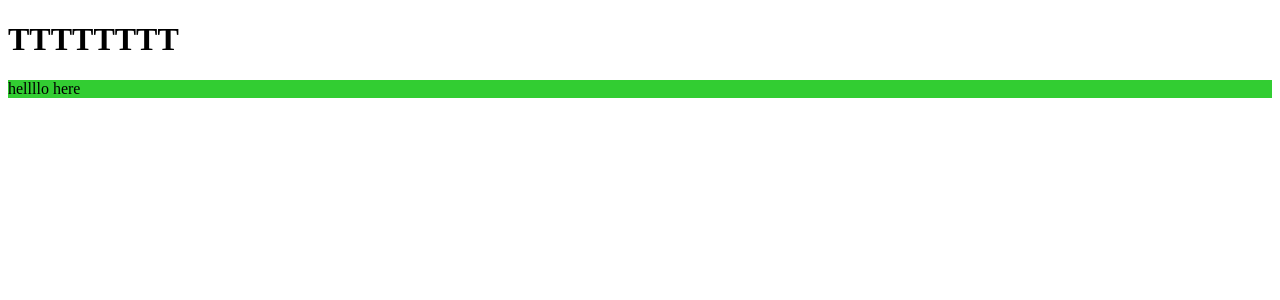
Repository: lixinso/html5
Page: workspace/CSS3/WebContent/selector/selector_empty.html
The author's editor kept a copy of each file at every save. The page is drawn from the files as they stood at one save, then again after the next save.
The browser window is 1280 px wide. The pictures show the whole page.

Above is the page before, as saved 2011-05-27 14:34:55.

### workspace/CSS3/WebContent/selector/selector_empty.html
<?xml version="1.0" encoding="UTF-8" ?>
<!DOCTYPE html PUBLIC "-//W3C//DTD XHTML 1.0 Transitional//EN" "http://www.w3.org/TR/xhtml1/DTD/xhtml1-transitional.dtd">
<html xmlns="http://www.w3.org/1999/xhtml">
<head>
<meta http-equiv="Content-Type" content="text/html; charset=UTF-8" />
<title>Insert title here</title>
<style type="text/css">

	body *:not(h1){
		background-color: limegreen
	}
</style>
</head>
<body>
	<h1>TTTTTTTT</h1>
	<p>hellllo here</p>
</body>
</html>

After the next save:
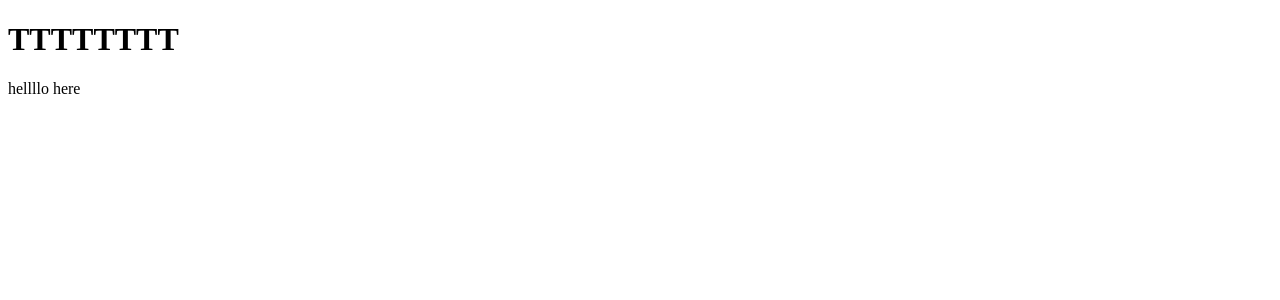
Saved 72 s later.
--- a/workspace/CSS3/WebContent/selector/selector_empty.html
+++ b/workspace/CSS3/WebContent/selector/selector_empty.html
@@ -6,9 +6,9 @@
 <title>Insert title here</title>
 <style type="text/css">
 
-	body *:not(h1){
-		background-color: limegreen
-	}
+:empty{
+}
+
 </style>
 </head>
 <body>
